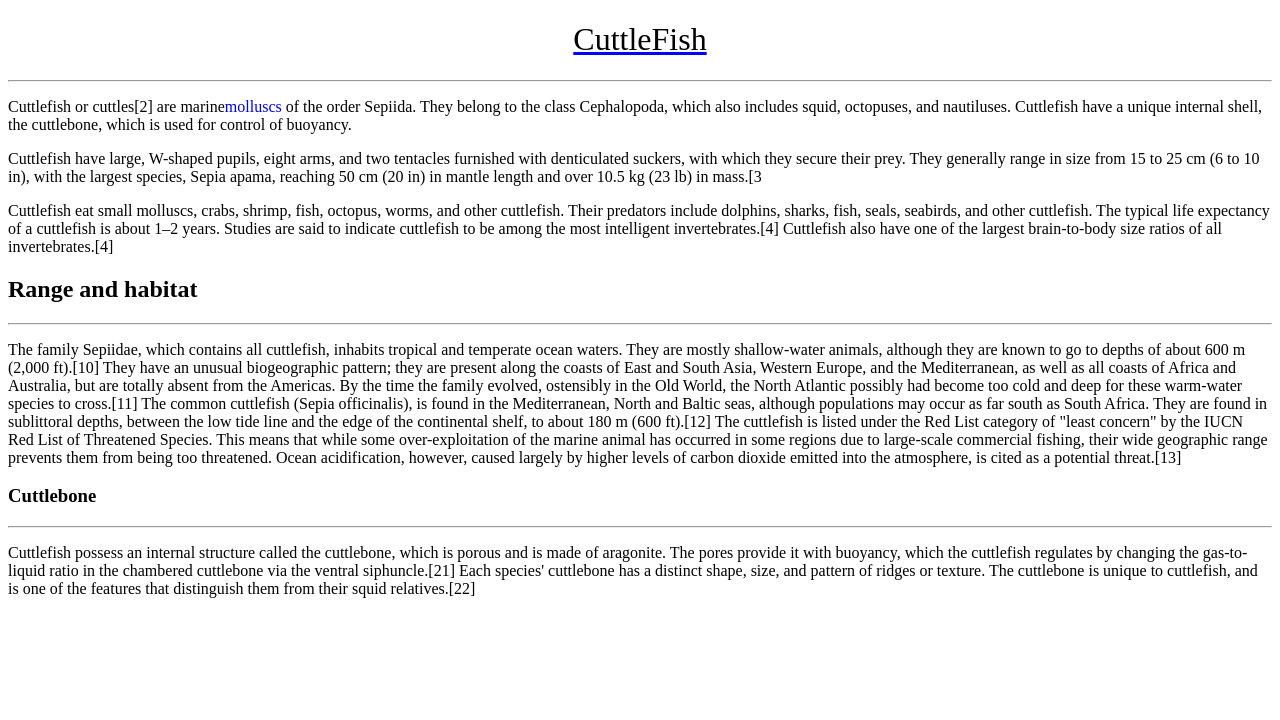
Repository: zhFIsHappy/UdemyFullStack
Page: CSS Text Properties.html
An editor plug-in stored every save of this project. The page is shown before and after the next save, followed by the edit.
The browser window is 1280 px wide. The pictures show the whole page.

Above is the page before, as saved 2021-12-31 19:15:37.

After the next save:
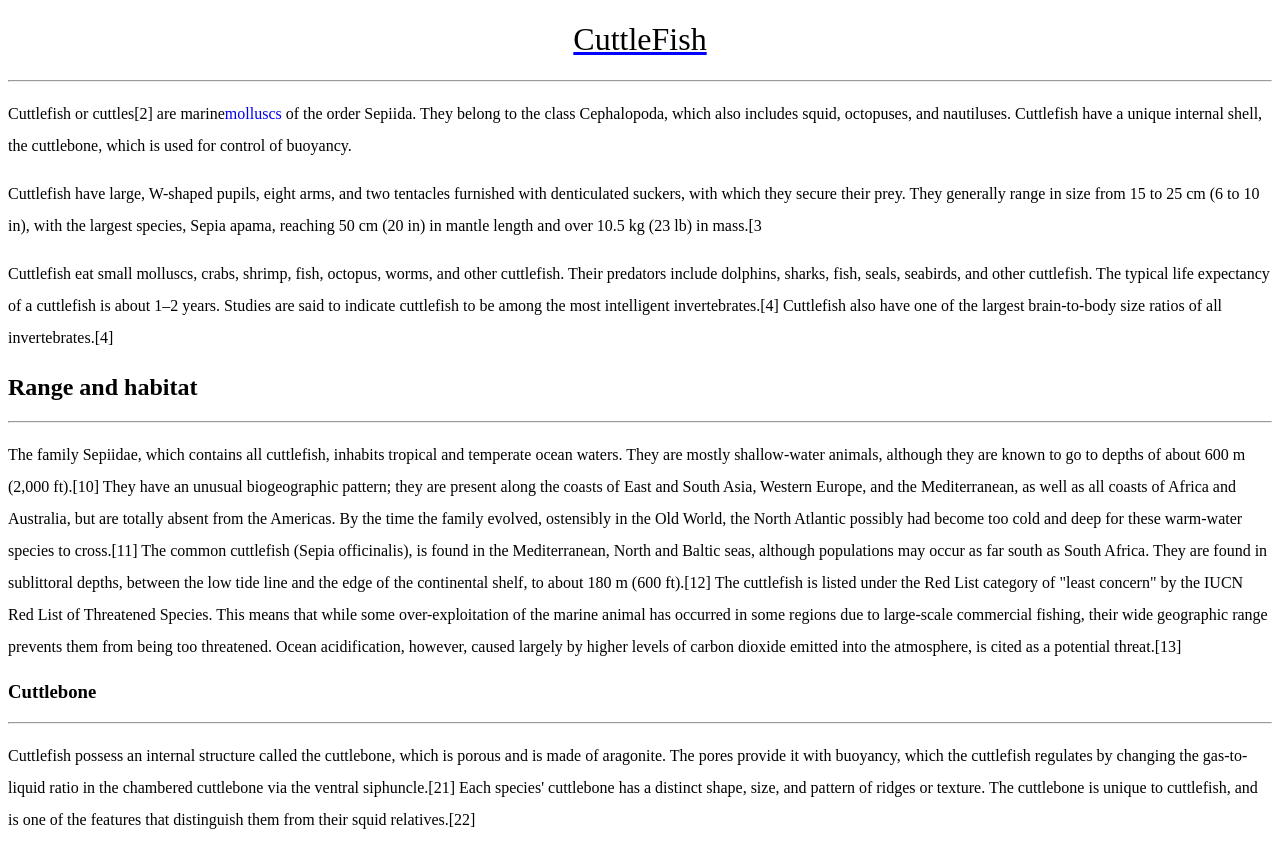
Saved 24 s later.
--- a/apt.css
+++ b/apt.css
@@ -8,5 +8,5 @@ a {
 }
 
 p {
-    line-height 2;
+    line-height: 2;
 }
